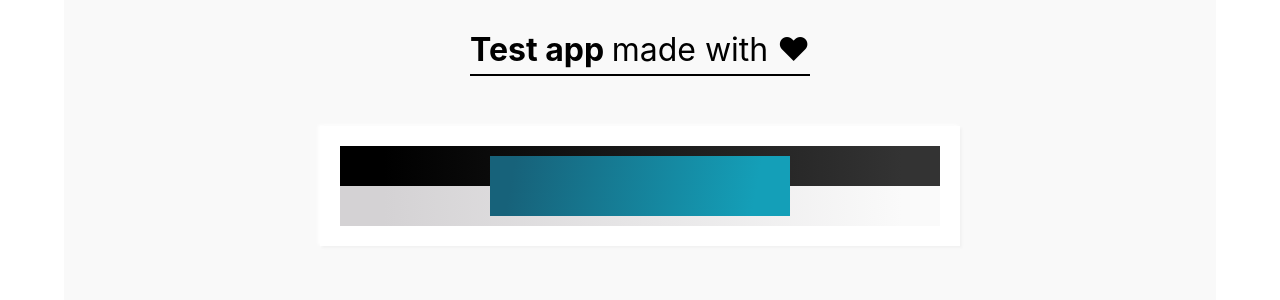
Repository: Khattak01/test-app
Page: /
These files come from the project's save history. The page is drawn as it stood at one moment and after the next save; the edit follows.
The browser window is 1280 px wide. The pictures show the whole page.
The project was rebuilt for these pictures with package versions that can differ from the ones it lists, and the page was loaded fresh each time.

Above is the page before, as saved 2021-05-12 08:06:24.

### public/index.html
<!DOCTYPE html>
<html lang="en">
  <head>
    <meta charset="utf-8" />
    <link rel="icon" href="%PUBLIC_URL%/favicon.ico" />
    <meta name="viewport" content="width=device-width, initial-scale=1" />
    <meta name="theme-color" content="#000000" />
    <meta
      name="description"
      content="Web site created using create-react-app"
    />
    <link rel="apple-touch-icon" href="%PUBLIC_URL%/logo192.png" />
    <!--
      manifest.json provides metadata used when your web app is installed on a
      user's mobile device or desktop. See https://developers.google.com/web/fundamentals/web-app-manifest/
    -->
    <link rel="manifest" href="%PUBLIC_URL%/manifest.json" />
    <!--
      Notice the use of %PUBLIC_URL% in the tags above.
      It will be replaced with the URL of the `public` folder during the build.
      Only files inside the `public` folder can be referenced from the HTML.

      Unlike "/favicon.ico" or "favicon.ico", "%PUBLIC_URL%/favicon.ico" will
      work correctly both with client-side routing and a non-root public URL.
      Learn how to configure a non-root public URL by running `npm run build`.
    -->
    <title>Test App</title>
  </head>
  <body>
    <noscript>You need to enable JavaScript to run this app.</noscript>
    <div id="root"></div>
    <!--
      This HTML file is a template.
      If you open it directly in the browser, you will see an empty page.

      You can add webfonts, meta tags, or analytics to this file.
      The build step will place the bundled scripts into the <body> tag.

      To begin the development, run `npm start` or `yarn start`.
      To create a production bundle, use `npm run build` or `yarn build`.
    -->
  </body>
</html>

### src/index.js
import React from 'react';
import ReactDOM from 'react-dom';
import './index.css';
import App from '../src/components/app/App';

ReactDOM.render(
  <React.StrictMode>
      <App />
  </React.StrictMode>,
  document.getElementById('root')
);

### src/index.css
*{
  margin: 0;
  padding: 0;
  box-sizing: border-box;
}
body {
  margin: 0;
  font-family: -apple-system, BlinkMacSystemFont, 'Segoe UI', 'Roboto', 'Oxygen',
    'Ubuntu', 'Cantarell', 'Fira Sans', 'Droid Sans', 'Helvetica Neue',
    sans-serif;
  -webkit-font-smoothing: antialiased;
  -moz-osx-font-smoothing: grayscale;
}

code {
  font-family: source-code-pro, Menlo, Monaco, Consolas, 'Courier New',
    monospace;
}

.container{
  width:90%;
  margin:auto auto;
  background-color: #f9f9f9;
  padding: 10px;
}

### src/components/app/App.js
import React from 'react'
import './App.css'
import Banner from '../banner/Banner'

const App = () => {
    return (
        <div className="app container">
            <h1>Test app <span style={{fontWeight:'lighter'}}> made with </span> &#10084;</h1>
            <Banner />
        </div>
    )
}

export default App

### src/components/app/App.css
.app {
  padding: 30px 0;
  min-height: 100vh;
  text-align: center;
}
.app > h1 {
  display: inline-block;

  text-align: center;
  width: max-content;
  padding-bottom: 5px;
  border-bottom: 2px solid black;
  margin-bottom: 50px;
}

:root {
  --color-primary: linear-gradient(
    100.28537797494744deg,
    rgba(23, 98, 122, 1) 6.8671875%,
    rgba(23, 98, 122, 1) 8.216145833333332%,
    rgba(20, 159, 184, 1) 87.80468749999999%
  );

  --color-dark: linear-gradient(
    89.76211853375082deg,
    rgba(0, 0, 0, 1) 5.893229166666666%,
    rgba(0, 0, 0, 1) 7.356770833333332%,
    rgba(51, 51, 51, 1) 93.70572916666666%
  );

  --color-light: linear-gradient(
    89.76211853375082deg,
    rgba(212, 210, 212, 1) 5.893229166666666%,
    rgba(212, 210, 212, 1) 7.356770833333332%,
    rgba(250, 250, 250, 1) 93.70572916666666%
  );
}

### src/components/banner/Banner.js
import React from 'react'
import classes from './Banner.module.css'

import Box from '../../UI/box/Box'

const Banner = () => {

    return (
        <Box className={classes.banner}>
            {/* <h1>Test App</h1>
            <button className={classes.banner__btn}>Button</button> */}
            <div className={classes.banner__top}></div>
            <div className={classes.banner__center}></div>
            <div className={classes.banner__bottom}></div>
        </Box>
    )
}

export default Banner

### src/components/banner/Banner.module.css
.banner {
  width: 100%;
  max-width: 40rem;
  min-width: 50vh;
  /* border: 1px solid black; */
  margin: auto auto;
  padding: 20px;
  position: relative;
}

.banner__top,.banner__bottom{
  height: 40px;
  width: 100%;
  background-color: red;
}
.banner__top{
  background-image: var(--color-dark);
}
.banner__center{
  position: absolute;
  top: 50%;
  left: 50%;
  transform: translate(-50%,-50%);

  background-image: var(--color-primary);
  width: 300px;
  height:60px
}
.banner__bottom{
  background-image: var(--color-light)
}



.banner__btn {
  margin: auto auto;
  width: 300px !important;
  display: flex;
  justify-content: center;
  align-items: center;
  /* background:#1AAB8A; */

  background-image: var(--color-primary);

  color: #fff;
  border: none;
  position: relative;
  height: 60px;
  font-size: 18px;
  padding: 0 20px;
  cursor: pointer;
  transition: 800ms ease all;
  outline: none;
}
.banner__btn:hover {
  background: #fff;
  color: #1aab8a;
}
.banner__btn:before,
.banner__btn:after {
  content: "";
  position: absolute;
  top: 0;
  right: 0;
  height: 2px;
  width: 0;
  background: #1aab8a;
  transition: 400ms ease all;
}
.banner__btn:after {
  right: inherit;
  top: inherit;
  left: 0;
  bottom: 0;
}
.banner__btn:hover:before,
.banner__btn:hover:after {
  width: 100%;
  transition: 800ms ease all;
}

### src/UI/box/Box.js

import React from 'react'
import classes from './Box.module.css'

const Box = (props) => {
    return (
        <div onClick={props.onClick} className={[classes.box,props.className].join(' ')}>
            {props.children}
        </div>
    )
}

export default Box

### src/UI/box/Box.module.css
.box {
  background-color: #ffffff;
  transition: all 0.25s cubic-bezier(0.86, 1.26, 0.59, 1.03);
  /* min-height: 1rem; */
  /* padding: 1rem; */
  /* border-radius: 1rem; */
  box-shadow: 2px 2px 2px #f2f2f2, -2px -1px 3px #ffffff;
}
.box:hover {
  /* transform: translateZ(0) scale(1.05); */
  backface-visibility: hidden;
}

After the next save:
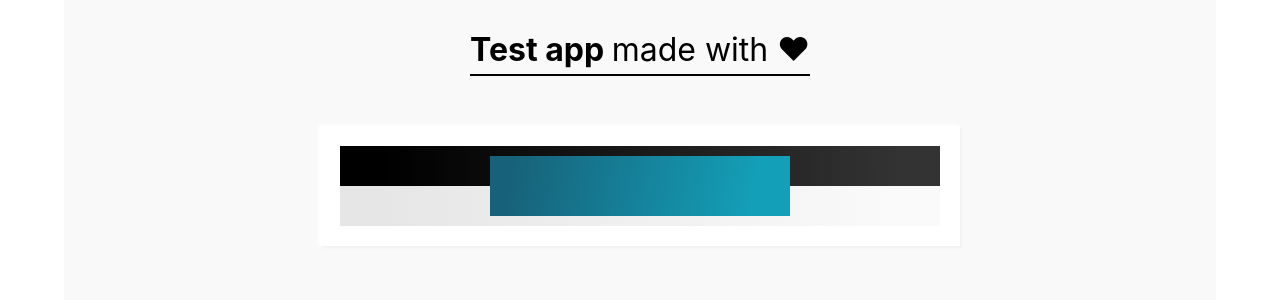
Saved 33 s later.
--- a/src/components/app/App.css
+++ b/src/components/app/App.css
@@ -30,8 +30,8 @@
 
   --color-light: linear-gradient(
     89.76211853375082deg,
-    rgba(212, 210, 212, 1) 5.893229166666666%,
-    rgba(212, 210, 212, 1) 7.356770833333332%,
+    rgba(230, 230, 230, 1) 5.893229166666666%,
+    rgba(230, 230, 230, 1) 7.356770833333332%,
     rgba(250, 250, 250, 1) 93.70572916666666%
   );
 }
